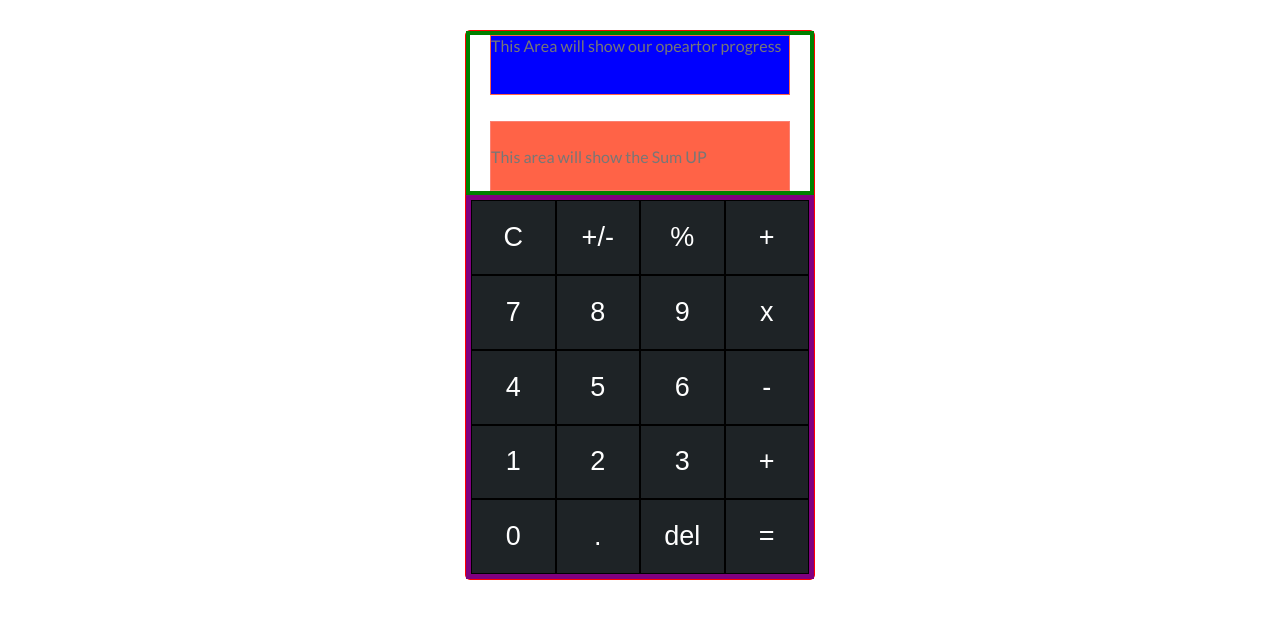
Repository: OfirLana/Calculator
Page: index.html
The author's editor kept a copy of each file at every save. The page is drawn from the files as they stood at one save, then again after the next save.
The browser window is 1280 px wide. The pictures show the whole page.

Above is the page before, as saved 2019-03-12 19:53:02.

### index.html
<!DOCTYPE html>
<html lang="en">

<head>
    <meta charset="UTF-8">
    <meta name="viewport" content="width=device-width, initial-scale=1.0">
    <meta http-equiv="X-UA-Compatible" content="ie=edge">
    <link href="https://fonts.googleapis.com/css?family=Lato:100,300,400,700,900" rel="stylesheet">
    <title>Document</title>
    <link rel="stylesheet" href="style.css">
</head>

<body>
    <div class="calculator">
        <div class="output_box">
            <div class="main_output">

                This Area will show our opeartor progress

            </div>
            <div class="sub_output">

               This area will show the Sum UP

            </div>
        </div>


        <div class="opeartor_box">
            <button class="opeartor_button">C</button>
            <button class="opeartor_button">+/-</button>
            <button class="opeartor_button">%</button>
            <button class="opeartor_button">+</button>
            <button class="opeartor_button">7</button>
            <button class="opeartor_button">8</button>
            <button class="opeartor_button">9</button>
            <button class="opeartor_button">x</button>
            <button class="opeartor_button">4</button>
            <button class="opeartor_button">5</button>
            <button class="opeartor_button">6</button>
            <button class="opeartor_button">-</button>
            <button class="opeartor_button">1</button>
            <button class="opeartor_button">2</button>
            <button class="opeartor_button">3</button>
            <button class="opeartor_button">+</button>
            <button class="opeartor_button">0</button>
            <button class="opeartor_button">.</button>
            <button class="opeartor_button">del</button>
            <button class="opeartor_button">=</button>


        </div>








    </div>
    <script src="index.js"></script>
</body>

</html>

### style.css
* {
    margin: 0;
    padding: 0;
    box-sizing: border-box;
}

html {
    font-size: 62.5%;
}

body {
    font-family: "Lato", sans-serif;
    font-size: 1.6rem;
    color: #777;
    padding: 3rem;
}

.calculator {
    display: flex;
    flex-direction: column;
    margin: 0 auto;
    width: 35rem;
    height: 55rem;
    border: 1px solid red;
    border-radius: 5px;
}

.output_box {
    display: flex;
    flex-direction: column;
    flex-basis: 30%;
    border: 4px solid green;
    width: 100%;
    justify-content: space-between;
    padding:0px 20px;
}

.main_output {
    display: flex;
    border: 1px solid blue;
    height: 6rem;
    /* background:blue; */
  border:1px solid tomato;
    width:100%;
    background:blue;
    text-align:end;
    overflow: hidden;
}






.sub_output {
    display: flex;
    border: 1px solid salmon;
    height: 7rem;
    /* background:red; */
    display:flex;
    align-items: center;
    overflow: hidden;
    background:tomato;
}

.opeartor_box{
    display:flex;
    /* flex-direction: column; */
    flex-wrap:wrap;
    width:100%;
    border:5px solid purple;
    flex-basis:70%;
}

.opeartor_button{
    width:25%;
    height:20%;
    background:#1E2326;
    border: 1px solid black;
    color:white;
    font-size:27px;
    font-weight:100;
}

.opeartor_button:active{
    background:blue;
    border:1px solid black;
}

Loaded but not shown: index.js (no copy from this time; the picture is the same without it)

After the next save:
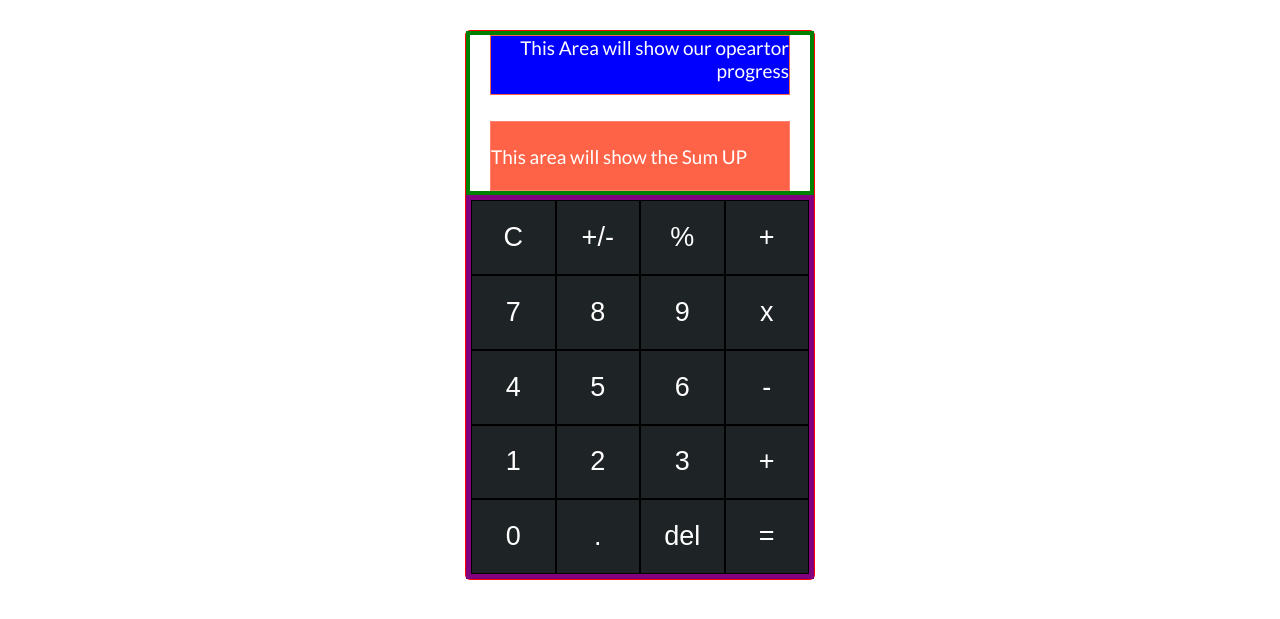
Saved 20 s later.
--- a/style.css
+++ b/style.css
@@ -33,6 +33,8 @@ body {
     width: 100%;
     justify-content: space-between;
     padding:0px 20px;
+    color:white;
+    font-size:19px;
 }
 
 .main_output {
